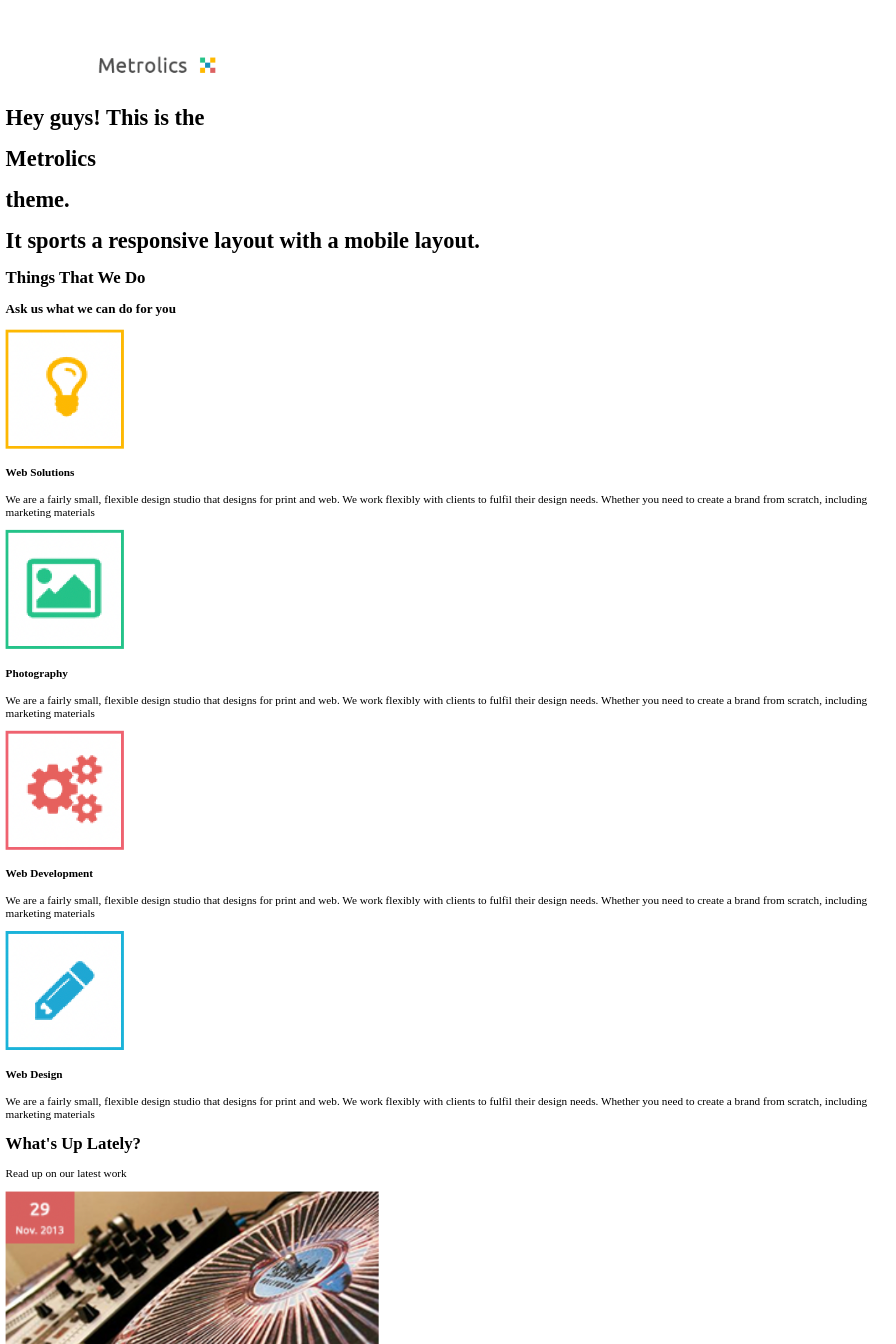
Repository: JerryWuOn/BCITPROJECT1-LAB-03B
Page: index.html
The author's editor kept a copy of each file at every save. The page is drawn from the files as they stood at one save, then again after a run of saves.
The browser window is 1280 px wide. The pictures show the part of the page from y = 0 to 1920 px (the page is 9349 px tall before and 9247 px after), at 70% of full size.

Above is the page before, as saved 2023-01-27 17:55:26.

### index.html
<!DOCTYPE html>
<html lang="en">
<head>
  <meta name="viewport" content="width=device-width, initial-scale=1.0">
    <title>Team Jerry and Takami</title>
</head>
<body class="page page--home">

  <header class="page_header">
      <div class="page_header_logo">
        <img src="" alt="">
      </div>
      <section class="home_pages">
        <div class="row-col-1">
          <div class="col-1"></div>
          <div class="col-1"></div>
          <div class="col-1"></div>
          <div class="col-1"></div>
          <div class="col-1"></div>
        </div>
      </section>
      <div class="logo">
      <img src="logo.png" href="">
      </div>

    <div class="Home"></div>
    <div class="Page"></div>
    <div class="Blog"></div>
    <div class="Potfolio"></div>
    <div class="Home"></div>
</div>
  </header>
      <div class="slide-show">

      </div>

         <div>
         <h1  class="font1">Hey guys! This is the</h1><h1 class="font1--colour-blue">Metrolics</h1><h1  class="font1">theme.</h1>
         <h1  class="font1">It sports a responsive layout with a mobile layout.</h1>
        </div>

          <h2>Things That We Do</h2>
            <h3>Ask us what we can do for you</h3>

             <div class="">

                <div>
                   <a><img src="icon1.png" href=""></a>
                   <h4>Web Solutions</h4>
                   <p>We are a fairly small, flexible design studio that designs for print and web. We work flexibly with clients to fulfil their design needs.
                    Whether you need to create a brand from scratch, including marketing materials</p>
                </div>

                <div>
                    <a><img src="icon2.png" href=""></a>
                    <h4>Photography</h4>
                    <p>We are a fairly small, flexible design studio that designs for print and web.
                      We work flexibly with clients to fulfil their design needs. Whether you need to create a brand from scratch, including marketing materials</p>
                 </div>

                 <div>
                    <a><img src="icon3.png" href=""></a>
                    <h4>Web Development</h4>
                    <p>We are a fairly small, flexible design studio that designs for print and web.
                      We work flexibly with clients to fulfil their design needs. Whether you need to create a brand from scratch, including marketing materials</p>
                 </div>

                 <div>
                    <a><img src="icon4.png" href=""></a>
                    <h4>Web Design</h4>
                    <p>We are a fairly small, flexible design studio that designs for print and web. We work flexibly with clients to fulfil their design needs.
                      Whether you need to create a brand from scratch, including marketing materials</p>
                 </div>

                </div>


        <div>
            <h2>What's Up Lately?</h2>
            <p>Read up on our latest work</p>
        </div>

          <div>
            <div><img src="pic.png"></div>
            <div><img src="pic.png"></div>
            <div><img src="pic.png"></div>
          </div>

          <div>
            <h2>Our Latest Project</h2>
            <p>Client happy? We are happy.</p>
          </div>

          <div class="grid">
            <div><img src="pic2.png"></div>
            <div><img src="pic2.png"></div>
            <div><img src="pic2.png"></div>
            <div><img src="pic2.png"></div>
            <div><img src="pic2.png"></div>
            <div><img src="pic2.png"></div>
          </div>



          <div class="button--left">
            <h2>Thingsofabove</h2>
            <p>Music stuff we could not anyolace else</p>

          <div>
            <h2></h2>
              <div>
                <img>
                   <div>
                    <h3></h3>
                    <p></p>
                   </div>
              </div>
          </div>

          <div>
            <h2></h2>
          </div>

          <div>
            <h2></h2>
          </div>

          </div>

                 <div class="button--right">

                 </div>


            <div class="grid-containers2">

              <div><img src="pic2.png"></div>
              <div><img src="pic2.png"></div>
              <div><img src="pic2.png"></div>
              <div><img src="pic2.png"></div>
              <div><img src="pic2.png"></div>

            </div>

        <div>
            <div>
                <a><img></a>
                <p></p>
            </div>

              <div>
                <div>
                    <h4></h4>
                    <hl>
                    <p></p>
                      <div class="grid-containers3">
                        <div><img src="pic2.png"></div>
                        <div><img src="pic2.png"></div>
                        <div><img src="pic2.png"></div>
                        <div><img src="pic2.png"></div>
                        <div><img src="pic2.png"></div>
                      </div>
                </div>

                <div>
                    <h2></h2>
                     <div>
                        <a></a>
                        <a></a>
                        <a></a>
                     </div>
                       <div class="">
                        <a></a>
                        <a></a>
                        <a></a>
                       </div>
                </div>

                <div>
                    <h2></h2>
                        <div>
                            <div></div>
                            <p></p>
                        </div>

                          <div>
                            <div></div>
                            <p></p>
                          </div>
                </div>

                <div>
                    <h2></h2>
                    <p></p>
                    <p></p><a></a>
                </div>
              </div>
        </div>
</body>
</html>

After the next 3 saves:
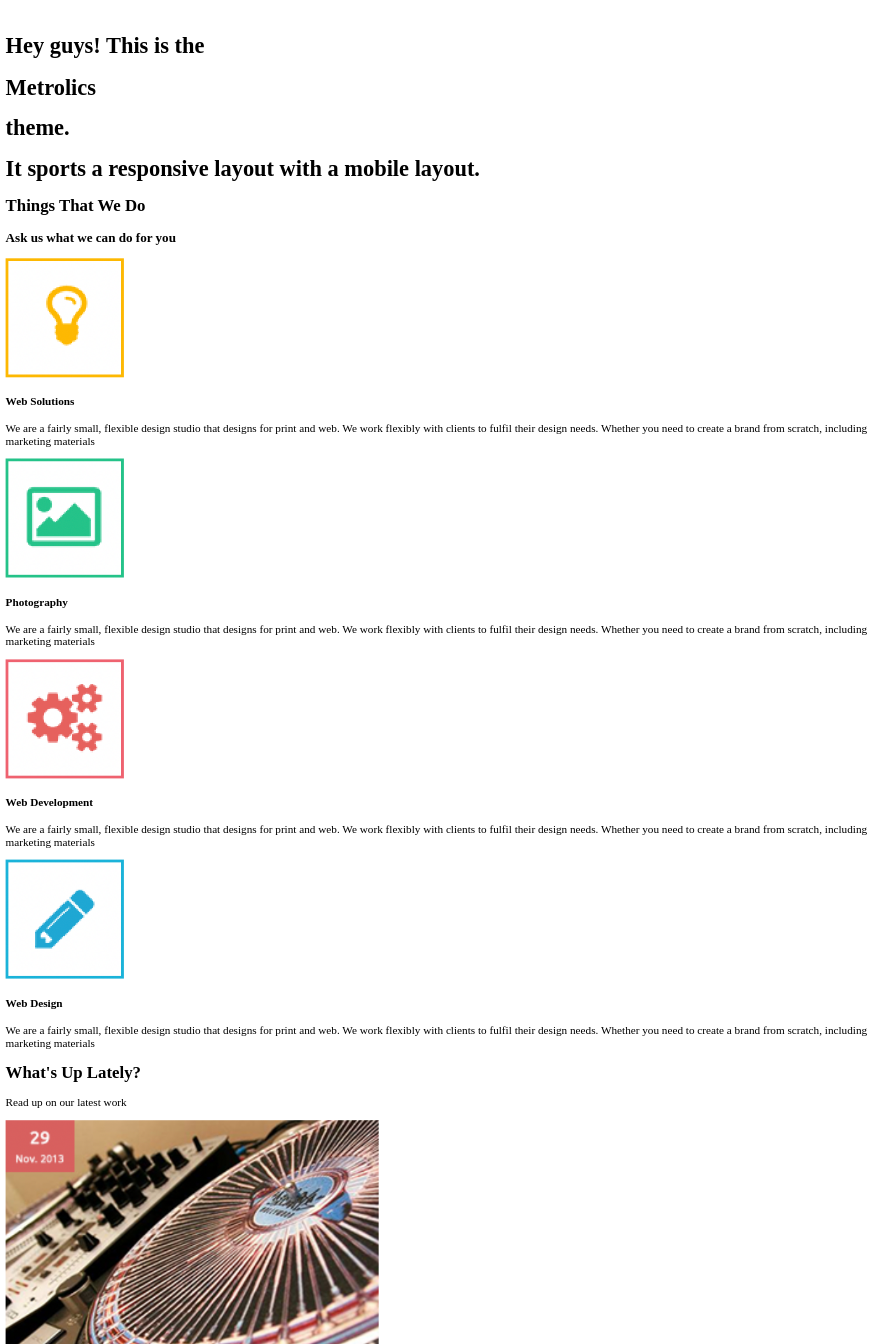
The 3 saves are shown as one change because they came seconds apart.
The last was saved 29 s later.
--- a/index.html
+++ b/index.html
@@ -12,16 +12,13 @@
       </div>
       <section class="home_pages">
         <div class="row-col-1">
-          <div class="col-1"></div>
+          <div class="home"></div>
           <div class="col-1"></div>
           <div class="col-1"></div>
           <div class="col-1"></div>
           <div class="col-1"></div>
         </div>
       </section>
-      <div class="logo">
-      <img src="logo.png" href="">
-      </div>
 
     <div class="Home"></div>
     <div class="Page"></div>
